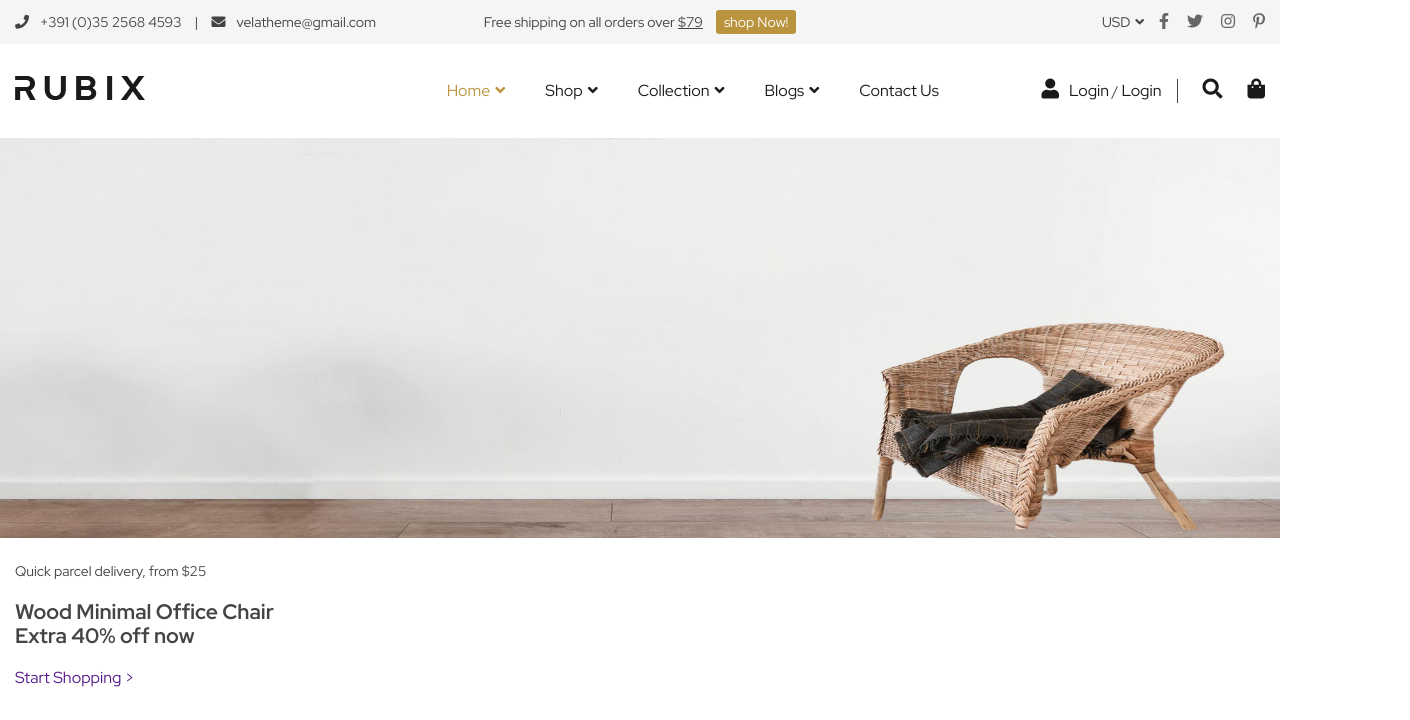
Repository: ldminh95/Gin-velademo
Page: index.html
The author's editor kept a copy of each file at every save. The page is drawn from the files as they stood at one save, then again after the next save.
The browser window is 1280 px wide. The page is 1410 px wide, so the pictures cover 1410 px, including what lies to the right of the window. The pictures show the whole page.
The style sheet was rebuilt from its Sass, Less or Tailwind sources for each picture, by a compiler version that may differ from the author's.

Above is the page before, as saved 2023-05-28 10:44:40.

### index.html
<!DOCTYPE html>
<html lang="en">
<head>
    <meta charset="UTF-8">
    <meta http-equiv="X-UA-Compatible" content="IE=edge">
    <meta name="viewport" content="width=device-width, initial-scale=1.0">
    <title>velademo-rubix</title>
    <link rel="stylesheet" href="https://cdnjs.cloudflare.com/ajax/libs/font-awesome/5.15.4/css/all.min.css">
    <link rel="stylesheet" type="text/css" href="/css/style.css">
</head>
<body>
    <div class="Overview">
        <div class="headerTop box_flex">
            <div class="headerTop_box-Left col-m3 pd15">
                <i class="fas fa-phone"></i>
                +391 (0)35 2568 4593
                <span class="mr10">|</span>
                <i class="fas fa-envelope"></i>
                velatheme@gmail.com
            </div>
            <div class="headerTop_box-Center col-m3 pd15">
                Free shipping on all orders over <u>$79</u>
                <a href="#" class="bg_primary">shop Now!</a>
            </div>
            <div class="headerTop_box-Right col-m3 box_flex pd15">
                <div class="gin-currency">
                    <div class="gin-currency-title">USD<i class="fas fa-angle-down"></i></div>
                    <div class="gin-currency-dropdown">
                        <div class="currency-item active">USD</div>
                        <div class="currency-item">INR</div>
                        <div class="currency-item">GBP</div>
                        <div class="currency-item">CAD</div>
                        <div class="currency-item">AUD</div>
                        <div class="currency-item">EUR</div>
                        <div class="currency-item">JPY</div>
                    </div>
                </div>
                <div class="gin-link">
                    <a href="#" target="_blank"><i class="fab fa-facebook-f"></i></a>
                    <a href="#" target="_blank"><i class="fab fa-twitter"></i></a>
                    <a href="#" target="_blank"><i class="fab fa-instagram"></i></a>
                    <a href="#" target="_blank"><i class="fab fa-pinterest-p"></i></a>
                </div>
            </div>
        </div>
        <header class="headerMenu">
            <section class="box_flex">
                <div class="header_Left col-m3 pd15">
                    <img src="./images/logo.png" alt="">
                </div>
                <div class="header_Center col-m3 pd15">
                    <div class="gin_menu">
                        <ul class="box_flex">
                            <li class="active">
                                <a href="">Home<i class="fas fa-angle-down"></i></a>
                                <ul class="gin_menu-second">
                                    <li><a href="">Home01</a></li>
                                    <li><a href="">Home02</a></li>
                                    <li><a href="">Home03</a></li>
                                    <li><a href="">Home04</a></li>
                                    <li><a href="">Home05</a></li>
                                    <li><a href="">Home06</a></li>
                                </ul>
                            </li>
                            <li>
                                <a href="">Shop<i class="fas fa-angle-down"></i></a>
                                <ul class="gin_menu-second">
                                    <li><a href="">Home01</a></li>
                                    <li><a href="">Home02</a></li>
                                    <li><a href="">Home03</a></li>
                                    <li><a href="">Home04</a></li>
                                    <li><a href="">Home05</a></li>
                                    <li><a href="">Home06</a></li>
                                </ul>
                            </li>
                            <li>
                                <a href="">Collection<i class="fas fa-angle-down"></i></a>
                                <ul class="gin_menu-second">
                                    <li><a href="">Home01</a></li>
                                    <li><a href="">Home02</a></li>
                                    <li><a href="">Home03</a></li>
                                    <li><a href="">Home04</a></li>
                                    <li><a href="">Home05</a></li>
                                    <li><a href="">Home06</a></li>
                                </ul>
                            </li>
                            <li>
                                <a href="">Blogs<i class="fas fa-angle-down"></i></a>
                                <ul class="gin_menu-second">
                                    <li><a href="">Home01</a></li>
                                    <li><a href="">Home02</a></li>
                                    <li><a href="">Home03</a></li>
                                    <li><a href="">Home04</a></li>
                                    <li><a href="">Home05</a></li>
                                    <li><a href="">Home06</a></li>
                                </ul>
                            </li>
                            <li>
                                <a href="">Contact Us</a>
                                <ul class="gin_menu-second">
                                    <li><a href="">Home01</a></li>
                                    <li><a href="">Home02</a></li>
                                    <li><a href="">Home03</a></li>
                                    <li><a href="">Home04</a></li>
                                    <li><a href="">Home05</a></li>
                                    <li><a href="">Home06</a></li>
                                </ul>
                            </li>
                        </ul>
                    </div>
                </div>
                <div class="header_Right col-m3 pd15 box_flex">
                    <div class="header_Right-account box_flex">
                        <a href=""><i class="fas fa-user"></i></a>
                        <ul>
                            <li><a href="">Login</a></li>
                            <span>/</span>
                            <li><a href="">Login</a></li>
                        </ul>
                    </div>
                    <div class="header_Right-search">
                        <a href=""><i class="fas fa-search"></i></a>
                    </div>
                    <div class="header_Right-cart">
                        <a href=""><i class="fas fa-shopping-bag"></i></a>
                    </div>
                </div>
            </section>
        </header>
        <div class="MainContent">
            <div class="gin_slideshow">
                <div class="slide_item">
                    <div class="slide_item-bg">
                        <img src="./images/index_bg01.jpg" alt="ghế tại ginshop">
                    </div>
                    <div class="wrapper">
                        <div class="slide_item-content">
                            <p>Quick parcel delivery, <span>from $25</span></p>
                            <h2>Wood Minimal Office Chair<br>Extra 40% off now</h2>
                            <a href="">Start Shopping ></a>
                        </div>
                    </div>
                </div>
            </div>
        </div>
    </div>
</body>
</html>

### css/googleFont.css
@import url('https://fonts.googleapis.com/css2?family=Red+Hat+Display:ital,wght@0,300;0,400;0,500;0,600;0,700;0,800;0,900;1,300;1,400;1,500;1,600;1,700;1,800;1,900&display=swap');


:root {
    --f-red-hat: 'Red Hat Display', sans-serif;
}

### css/base.css
:root {
    --gin-font: 14px;
    --color-primary: #ba933e;
    --body-bg: #fff;
    --text-color-primary: #444444;
    --text-color-second: #1a1a1a;
    --text-color-banner: #666666;
    --topbar-bg-color: #f5f5f5;
    --font-icon: 'FontAwesome';
}
body {
    box-sizing: border-box;
    font-family: var(--f-red-hat);
    font-size: var(--gin-font);
    padding: 0;
    margin: 0;
    font-weight: 400;
    line-height: 24px;
    color: var(--text-color-primary);
}
a {
    font-size: calc(var(--gin-font) + 2px);
    text-decoration: none;
}
li {
    list-style-type: none;
}
ul {
    padding: 0;
    margin: 0;
}
img {
    max-width: 100%;
}
.box_flex {
    display: -webkit-flex;
    display: flex;
    align-items: center;
}

.col-m3 {
    width: 33.3333%;
}

/* ================================ */
/* Gin core */
/* ================================ */


/* margin */
.mr10 {
    margin: 0 10px;
}
.pd15 {
    padding: 0 15px;
}

### scss/style.scss
@import "googleFont.css";
@import "base.css";

.Overview {
    margin: 0 auto;
}

.headerTop {
    width: 100%;
    background: var(--topbar-bg-color);
    padding: 10px 0;
    &_box {
        &-Left {
            .fas {
                margin-right: 8px;
            }
        }
        &-Center {
            text-align: center;
            .bg_primary {
                background-color: var(--color-primary);
                color: #fff;
                padding: 0 8px;
                border-radius: 3px;
                margin-left: 10px;
                font-size: var(--gin-font);
                display: inline-block;
                &:hover {
                    background: #947531;
                }
            }
        }
        &-Right {
            justify-content: flex-end;
            .gin {
                &-currency {
                    position: relative;
                    cursor: pointer;
                    &-dropdown {
                        position: absolute;
                        display: none;
                        .currency-item {
                            padding: 5px 0;
                            &.active {
                                color: var(--color-primary);
                            }
                            &:hover {
                                color: var(--color-primary);
                                cursor: pointer;
                            }
                        }
                    }
                    i {
                        margin-left: 5px;
                    }
                    &:hover {
                        .gin-currency-dropdown {
                            display: block;
                            border: 1px solid rgba(0,0,0,0.15);
                            border-radius: 3px;
                            background-color: #fff;
                            padding: 5px 20px;
                            top: 100%;
                            font-size: calc(var(--gin-font) + 2px);
                            right: 0;
                            box-shadow: 0 6px 12px #0000002d;
                        }
                    }
                }
                &-link {
                    a {
                        margin-left: 15px;
                        color: var(--text-color-banner);
                        &:hover {
                            color: var(--color-primary);
                        }
                    }
                }
            }
        }
    }
}

.headerMenu {
    padding: 20px 0;
    .header {
        &_Center {
            li {
                position: relative;
                a {
                    padding: 15px 20px;
                    display: inline-block;
                    width: max-content;
                    color: var(--text-color-second);
                    i {
                        margin-left: 5px;
                    }
                }
                &.active {
                    >a {
                        color: var(--color-primary);
                    }
                }
                ul {
                    position: absolute;
                    min-width: 220px;
                    padding: 15px 25px;
                    display: block;
                    box-shadow: 0 6px 15px #0000001f;
                    z-index: 99;
                    text-align: left;
                    visibility: hidden;
                    margin-top: 50px;
                    transition: all .3s cubic-bezier(0.175, 0.885, 0.32, 1.275);
                    a {
                        padding: 3px 0;
                        font-size: var(--gin-font);
                    }
                }
                &:hover {
                    ul {
                        visibility: visible;
                        margin-top: 0;
                        li {
                            &:hover {
                                a {
                                    color: var(--color-primary);
                                }
                            }
                        }
                    }
                }
            }
        }
        &_Right {
            justify-content: flex-end;
            &-account {
                padding-right: 15px;
                border-right: 1px solid var(--text-color-primary);
            }
            &-search {
                margin-left: 25px;
            }
            &-cart {
                margin-left: 25px;
            }
            i {
                font-size: calc(var(--gin-font) + 6px);
            }
            a {
                color: var(--text-color-second);
                &:hover {
                    color: var(--color-primary);
                }
            }
            li {
                display: inline-block;
            }
            ul {
                margin-left: 10px;
            }
        }
    }
}

.MainContent {
    .slide {
        &_item {
            position: relative;
            .wrapper {
               width: 1410px;
               margin: 0 auto;
               .slide_item-content {
                    padding: 0 15px;
               }
            }
        }
    }
}

After the next save:
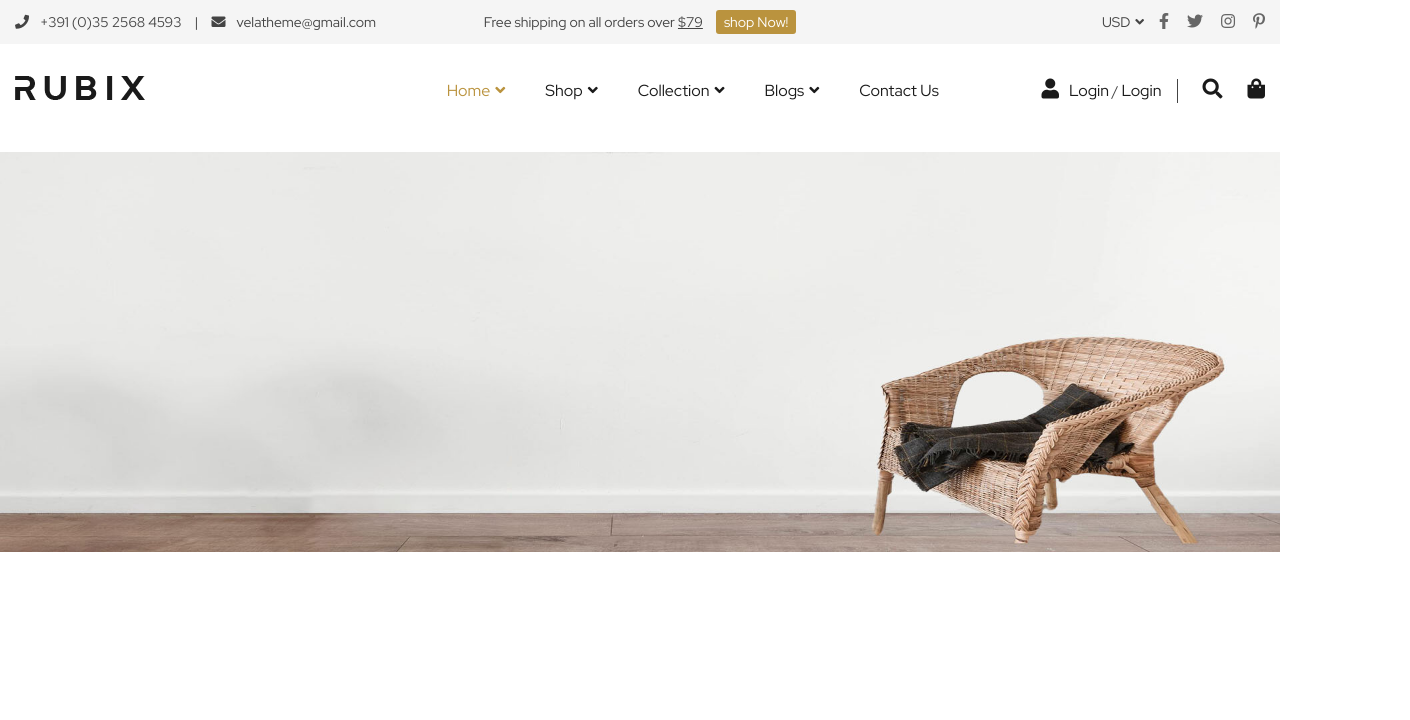
Saved 40 s later.
--- a/scss/style.scss
+++ b/scss/style.scss
@@ -167,6 +167,9 @@
     .slide {
         &_item {
             position: relative;
+            &-bg {
+               position: absolute;
+            }
             .wrapper {
                width: 1410px;
                margin: 0 auto;
